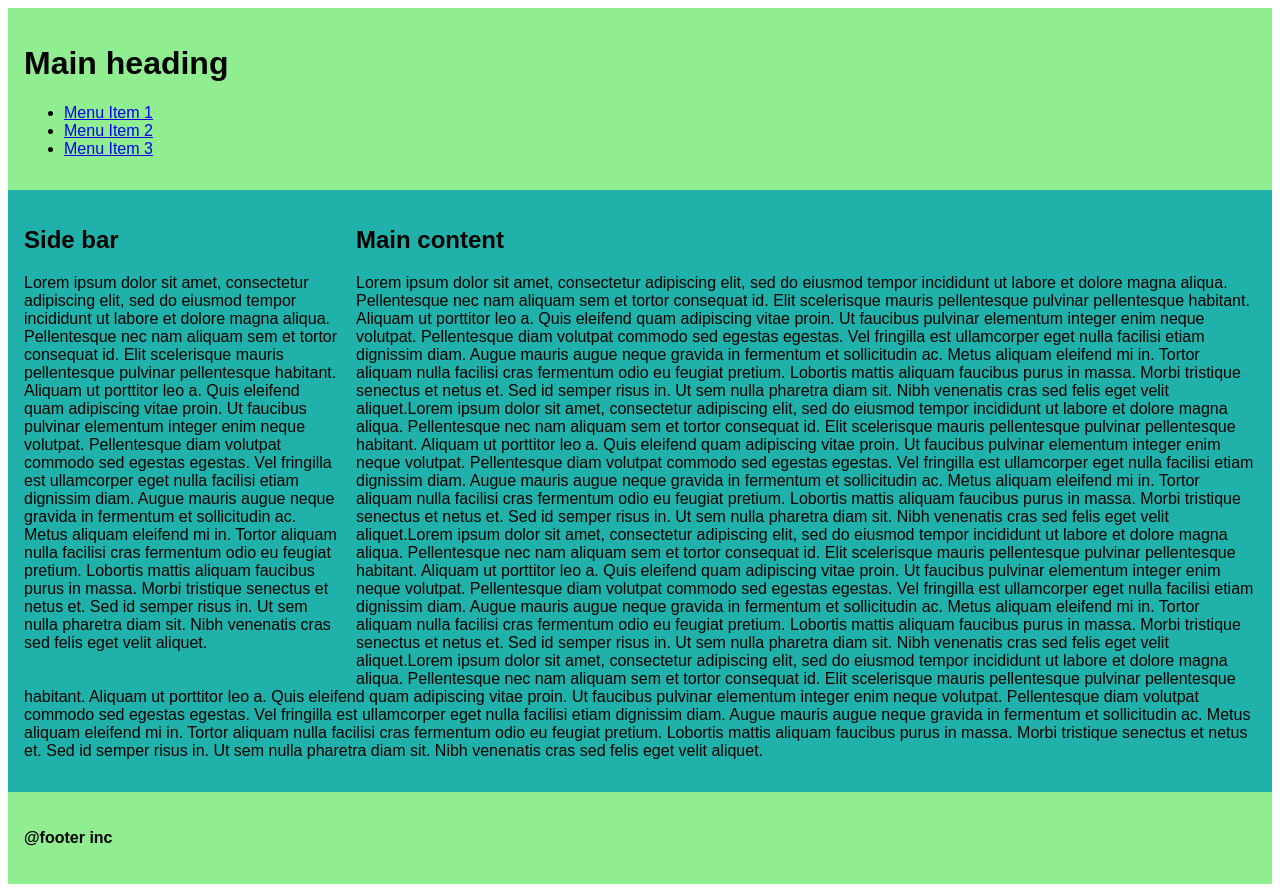
Repository: lasity34/first_layout
Page: index.html
The author's editor kept a copy of each file at every save. The page is drawn from the files as they stood at one save, then again after the next save.
The browser window is 1280 px wide. The pictures show the whole page.

Above is the page before, as saved 2023-03-06 11:05:19.

### index.html
<!DOCTYPE html>
<html lang="en">
<head>
    <meta charset="UTF-8">
    <meta http-equiv="X-UA-Compatible" content="IE=edge">
    <meta name="viewport" content="width=device-width, initial-scale=1.0">
    <title>Document</title>
    <style>
        body {
            font-family: Arial, Helvetica, sans-serif;
        }

        .header {
            background-color: lightgreen;
            padding: 1em;
        }

        .main {
            background-color: lightseagreen;
        }

        .footer {
            background-color: lightgreen;
            padding: 1em;
        }

        .side-bar {
            float: left;
            width: 25%;
            padding: 1em;
        }

        .clearfix {
            overflow: auto;
            zoom: 1;
        }

        .content {
            padding: 1em;
        }

        @media (min-width: 800px) {
            .side-bar {
                float: left;
                width: 25%;
            }
        }
    </style>
</head>
<body>
    <div class="container">
        <div class="header">
            <h1>Main heading</h1>
            <ul class="menu">
                <li><a href="#">Menu Item 1</a></li>
                <li><a href="#">Menu Item 2</a></li>
                <li><a href="#">Menu Item 3</a></li>
            </ul>
        </div>
        <div class="main clearfix">
            <div class="side-bar">
                <h2>Side bar</h2>
                <p>Lorem ipsum dolor sit amet, consectetur adipiscing elit,
                    sed do eiusmod tempor incididunt ut labore et dolore magna aliqua.
                    Pellentesque nec nam aliquam sem et tortor consequat id.
                    Elit scelerisque mauris pellentesque pulvinar pellentesque habitant.
                    Aliquam ut porttitor leo a. Quis eleifend quam adipiscing vitae proin.
                    Ut faucibus pulvinar elementum integer enim neque volutpat.
                    Pellentesque diam volutpat commodo sed egestas egestas.
                    Vel fringilla est ullamcorper eget nulla facilisi etiam dignissim diam.
                    Augue mauris augue neque gravida in fermentum et sollicitudin ac.
                    Metus aliquam eleifend mi in.
                    Tortor aliquam nulla facilisi cras fermentum odio eu feugiat pretium.
                    Lobortis mattis aliquam faucibus purus in massa.
                    Morbi tristique senectus et netus et. Sed id semper risus in.
                    Ut sem nulla pharetra diam sit.
                    Nibh venenatis cras sed felis eget velit aliquet.</p>
            </div>
            <div class="content">
                <h2>Main content</h2>
                <p>Lorem ipsum dolor sit amet, consectetur adipiscing elit,
                    sed do eiusmod tempor incididunt ut labore et dolore magna aliqua.
                    Pellentesque nec nam aliquam sem et tortor consequat id.
                    Elit scelerisque mauris pellentesque pulvinar pellentesque habitant.
                    Aliquam ut porttitor leo a. Quis eleifend quam adipiscing vitae proin.
                    Ut faucibus pulvinar elementum integer enim neque volutpat.
                    Pellentesque diam volutpat commodo sed egestas egestas.
                    Vel fringilla est ullamcorper eget nulla facilisi etiam dignissim diam.
                    Augue mauris augue neque gravida in fermentum et sollicitudin ac.
                    Metus aliquam eleifend mi in.
                    Tortor aliquam nulla facilisi cras fermentum odio eu feugiat pretium.
                    Lobortis mattis aliquam faucibus purus in massa.
                    Morbi tristique senectus et netus et. Sed id semper risus in.
                    Ut sem nulla pharetra diam sit.
                    Nibh venenatis cras sed felis eget velit aliquet.Lorem ipsum dolor sit amet, consectetur adipiscing elit,
                    sed do eiusmod tempor incididunt ut labore et dolore magna aliqua.
                    Pellentesque nec nam aliquam sem et tortor consequat id.
                    Elit scelerisque mauris pellentesque pulvinar pellentesque habitant.
                    Aliquam ut porttitor leo a. Quis eleifend quam adipiscing vitae proin.
                    Ut faucibus pulvinar elementum integer enim neque volutpat.
                    Pellentesque diam volutpat commodo sed egestas egestas.
                    Vel fringilla est ullamcorper eget nulla facilisi etiam dignissim diam.
                    Augue mauris augue neque gravida in fermentum et sollicitudin ac.
                    Metus aliquam eleifend mi in.
                    Tortor aliquam nulla facilisi cras fermentum odio eu feugiat pretium.
                    Lobortis mattis aliquam faucibus purus in massa.
                    Morbi tristique senectus et netus et. Sed id semper risus in.
                    Ut sem nulla pharetra diam sit.
                    Nibh venenatis cras sed felis eget velit aliquet.Lorem ipsum dolor sit amet, consectetur adipiscing elit,
                    sed do eiusmod tempor incididunt ut labore et dolore magna aliqua.
                    Pellentesque nec nam aliquam sem et tortor consequat id.
                    Elit scelerisque mauris pellentesque pulvinar pellentesque habitant.
                    Aliquam ut porttitor leo a. Quis eleifend quam adipiscing vitae proin.
                    Ut faucibus pulvinar elementum integer enim neque volutpat.
                    Pellentesque diam volutpat commodo sed egestas egestas.
                    Vel fringilla est ullamcorper eget nulla facilisi etiam dignissim diam.
                    Augue mauris augue neque gravida in fermentum et sollicitudin ac.
                    Metus aliquam eleifend mi in.
                    Tortor aliquam nulla facilisi cras fermentum odio eu feugiat pretium.
                    Lobortis mattis aliquam faucibus purus in massa.
                    Morbi tristique senectus et netus et. Sed id semper risus in.
                    Ut sem nulla pharetra diam sit.
                    Nibh venenatis cras sed felis eget velit aliquet.Lorem ipsum dolor sit amet, consectetur adipiscing elit,
                    sed do eiusmod tempor incididunt ut labore et dolore magna aliqua.
                    Pellentesque nec nam aliquam sem et tortor consequat id.
                    Elit scelerisque mauris pellentesque pulvinar pellentesque habitant.
                    Aliquam ut porttitor leo a. Quis eleifend quam adipiscing vitae proin.
                    Ut faucibus pulvinar elementum integer enim neque volutpat.
                    Pellentesque diam volutpat commodo sed egestas egestas.
                    Vel fringilla est ullamcorper eget nulla facilisi etiam dignissim diam.
                    Augue mauris augue neque gravida in fermentum et sollicitudin ac.
                    Metus aliquam eleifend mi in.
                    Tortor aliquam nulla facilisi cras fermentum odio eu feugiat pretium.
                    Lobortis mattis aliquam faucibus purus in massa.
                    Morbi tristique senectus et netus et. Sed id semper risus in.
                    Ut sem nulla pharetra diam sit.
                    Nibh venenatis cras sed felis eget velit aliquet.</p>
            </div>
        </div>
        <div class="footer"><h4>@footer inc</h4></div>
    </div>
</body>
</html>

After the next save:
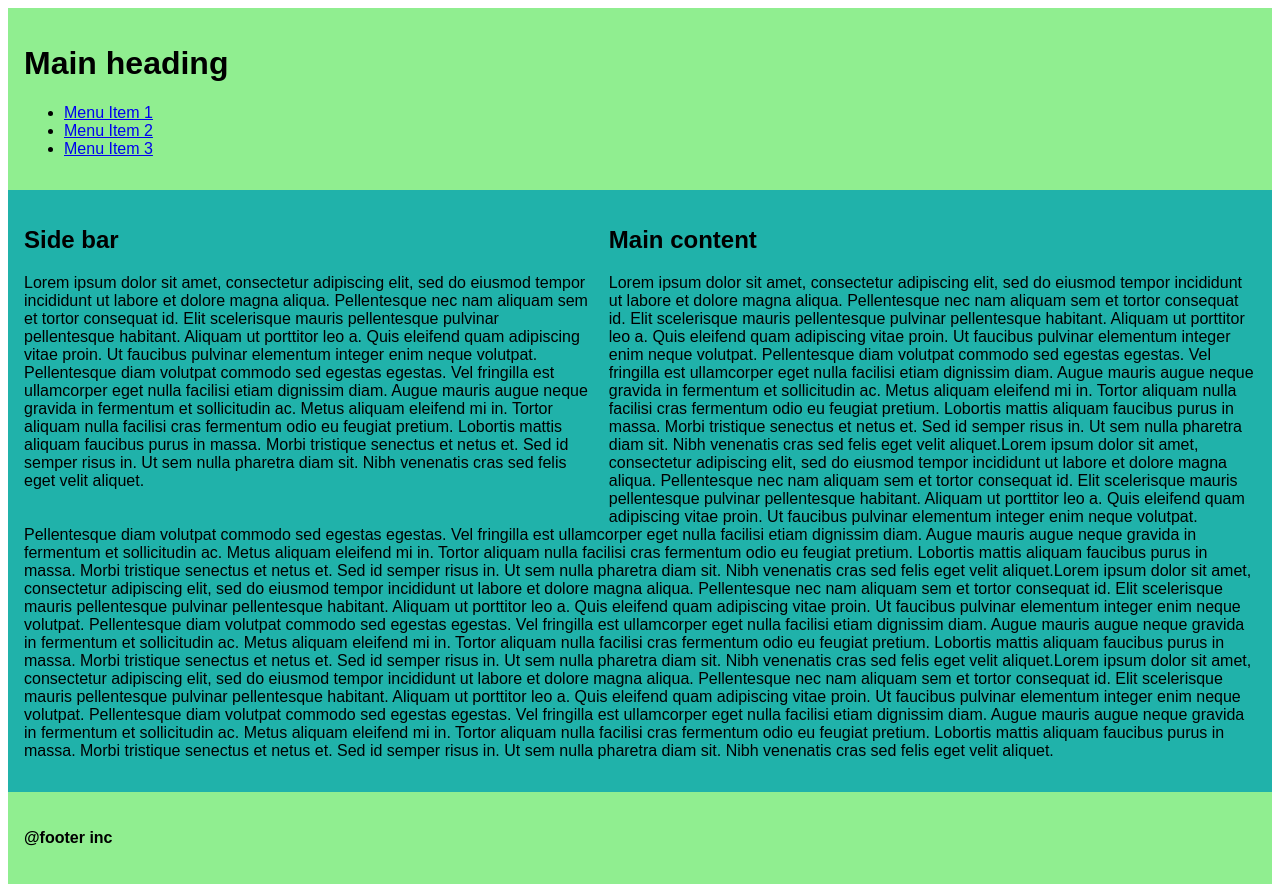
Saved 2 min 25 s later.
--- a/index.html
+++ b/index.html
@@ -42,7 +42,7 @@
         @media (min-width: 800px) {
             .side-bar {
                 float: left;
-                width: 25%;
+                width: 45%;
             }
         }
     </style>

After the save that followed:
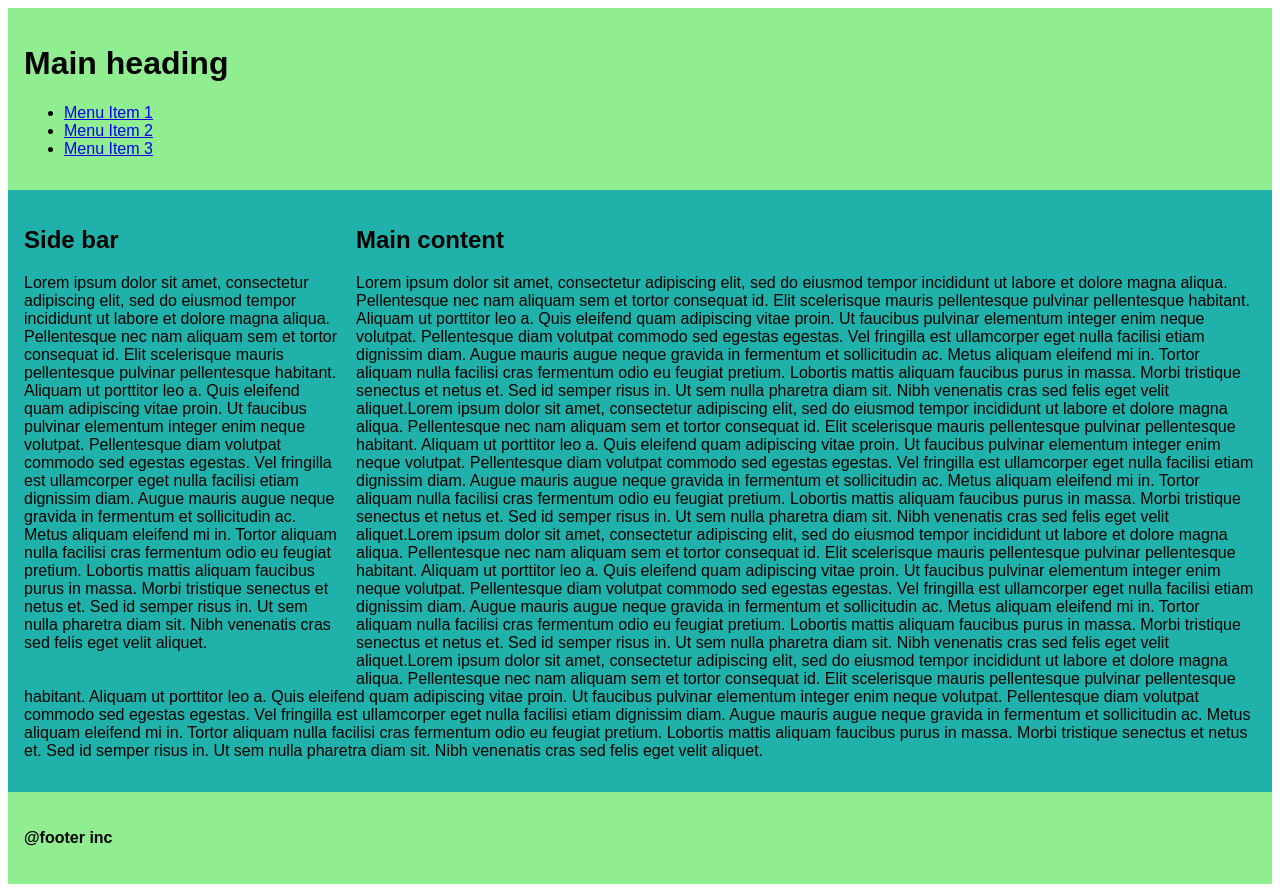
Saved 8 s later.
--- a/index.html
+++ b/index.html
@@ -42,7 +42,7 @@
         @media (min-width: 800px) {
             .side-bar {
                 float: left;
-                width: 45%;
+                width: 25%;
             }
         }
     </style>
